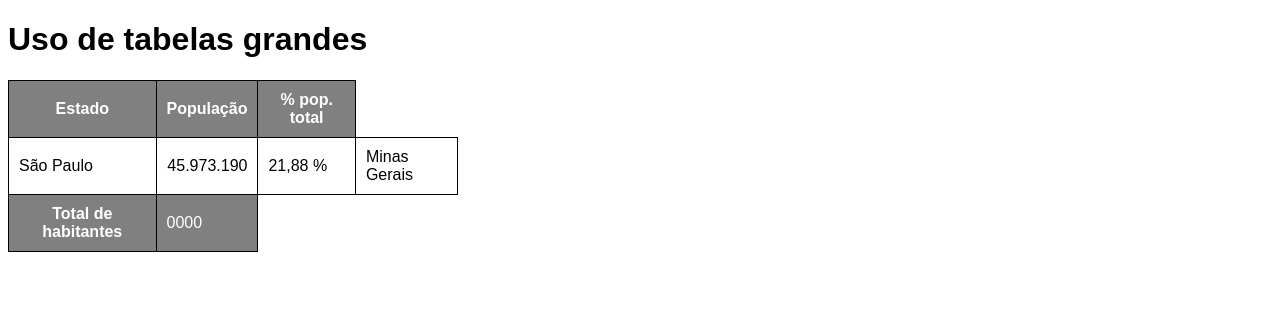
Repository: railsondev/html-css
Page: Módulo3/Exercicios/Ex02 - Tabelas/tabela002.html
These files come from the project's save history. The page is drawn as it stood at one moment and after the next save; the edit follows.
The browser window is 1280 px wide. The pictures show the whole page.

Above is the page before, as saved 2024-10-18 18:12:18.

After the next save:
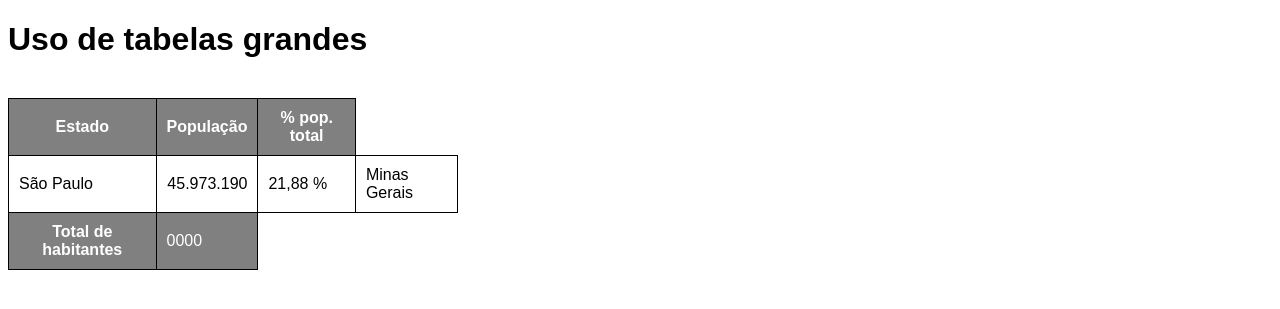
Saved 8 s later.
--- a/Módulo3/Exercicios/Ex02 - Tabelas/tabela002.html
+++ b/Módulo3/Exercicios/Ex02 - Tabelas/tabela002.html
@@ -19,7 +19,7 @@
     <tbody>
       <td>São Paulo</td>
       <td class="numero">45.973.190</td>
-      <td class="porc">21,88</td>
+      <td class="porc">21,88</td><br>
 
       <td>Minas Gerais</td>
     </tbody>

After the save that followed:
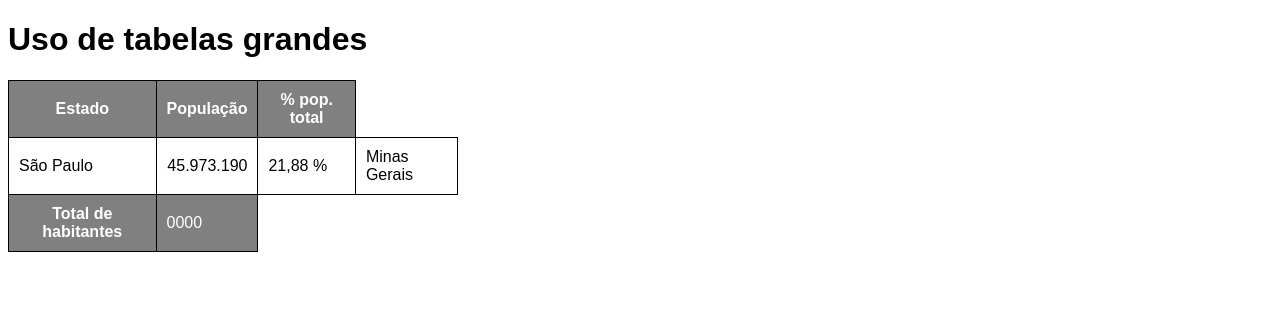
Saved 8 s later.
--- a/Módulo3/Exercicios/Ex02 - Tabelas/tabela002.html
+++ b/Módulo3/Exercicios/Ex02 - Tabelas/tabela002.html
@@ -19,7 +19,7 @@
     <tbody>
       <td>São Paulo</td>
       <td class="numero">45.973.190</td>
-      <td class="porc">21,88</td><br>
+      <td class="porc">21,88</td>
 
       <td>Minas Gerais</td>
     </tbody>
